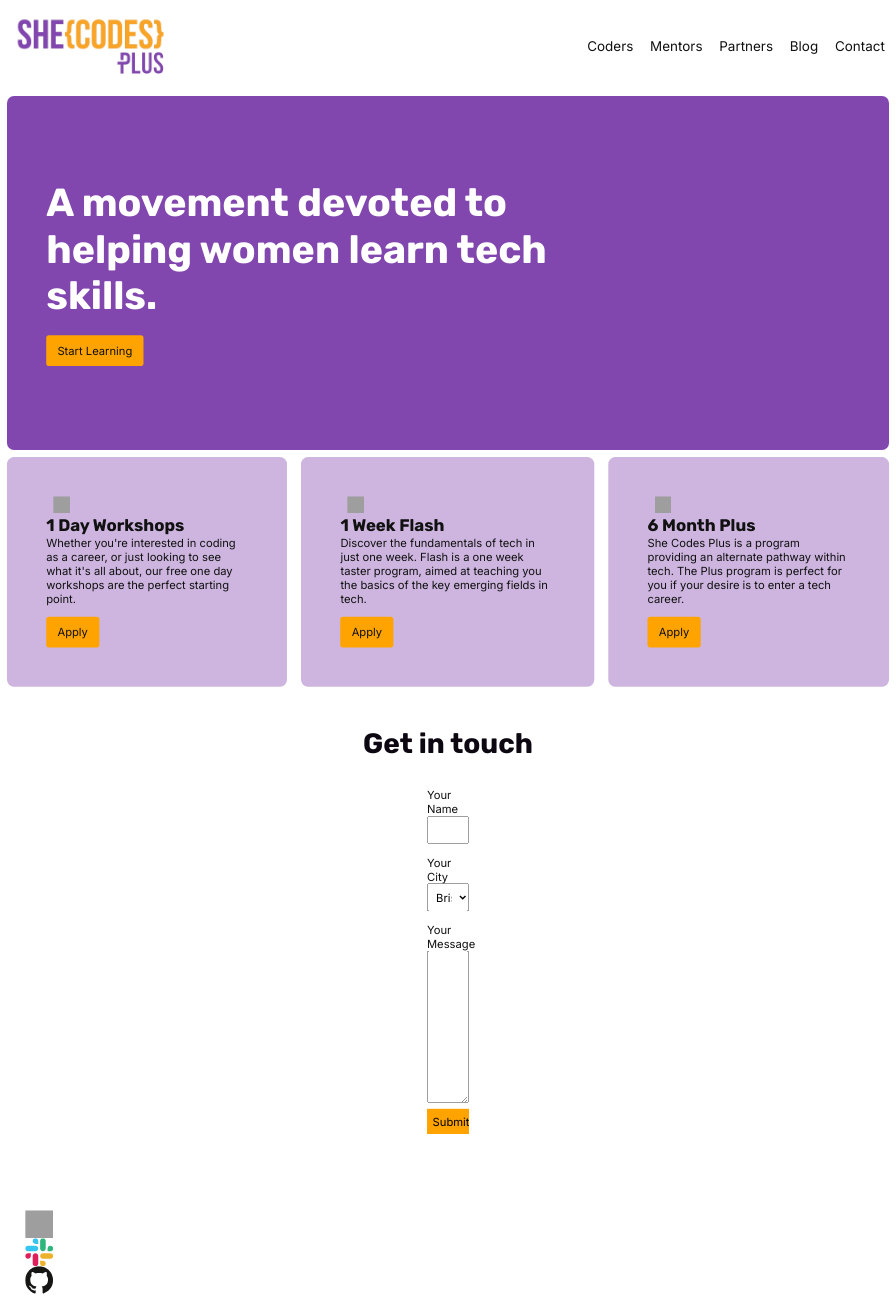
Repository: devashrisamani/website_shecodes_week1
Page: index.html
These files come from the project's save history. The page is drawn as it stood at one moment and after the next save; the edit follows.
The browser window is 1280 px wide. The pictures show the whole page, at 70% of full size.
Pictures or frames that could not be fetched are drawn as grey boxes.

Above is the page before, as saved 2025-09-20 12:08:54.

After the next save:
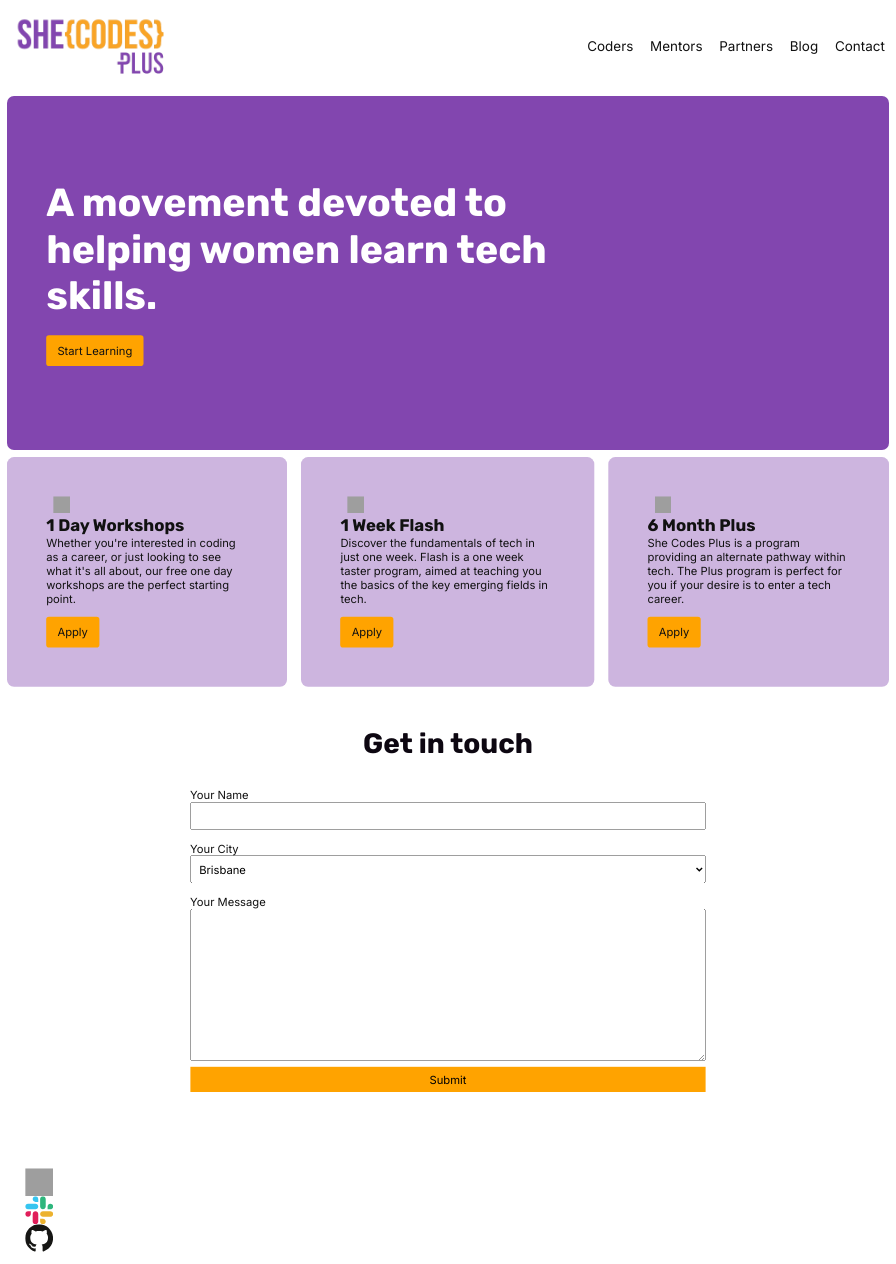
Saved 34 s later.
--- a/style.css
+++ b/style.css
@@ -289,7 +289,7 @@
   }
 
   .contact-form form {
-    max-width: 60px;
+    max-width: 60%;
     margin: 40px auto;
   }
 }
